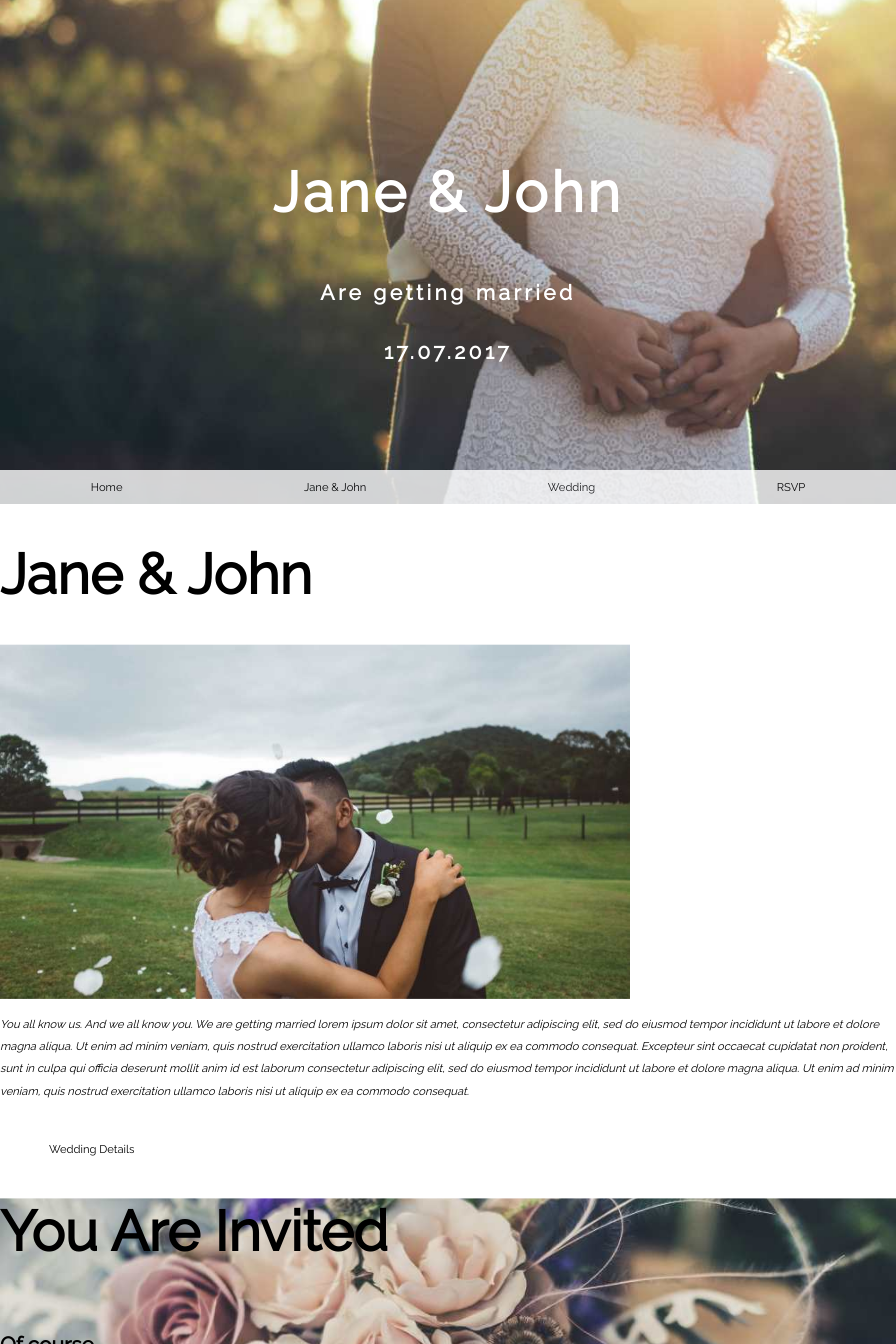
Repository: hesshess/clonecoding-assignment
Page: 4-wedding-invitation/template4.html
An editor plug-in stored every save of this project. The page is shown before and after the next save, followed by the edit.
The browser window is 1280 px wide. The pictures show the part of the page from y = 0 to 1920 px (the page is 3883 px tall before and 3637 px after), at 70% of full size.

Above is the page before, as saved 2022-03-17 17:51:00.

After the next save:
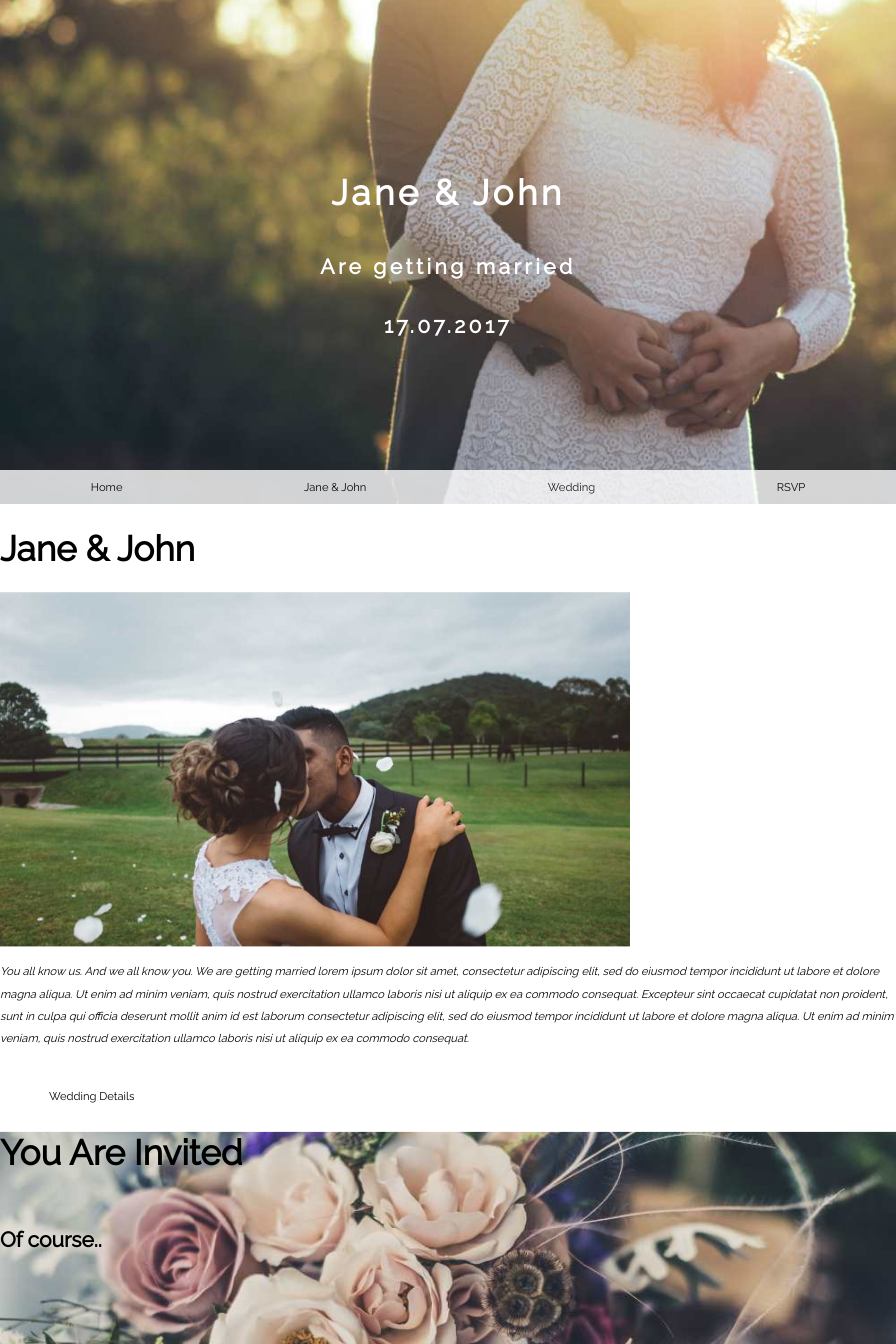
Saved 11 s later.
--- a/4-wedding-invitation/template4.css
+++ b/4-wedding-invitation/template4.css
@@ -11,7 +11,7 @@ html {
   height: 100%;
 }
 h1 {
-  font-size: 80px;
+  font-size: 50px;
 }
 h2 {
   font-size: 30px;
